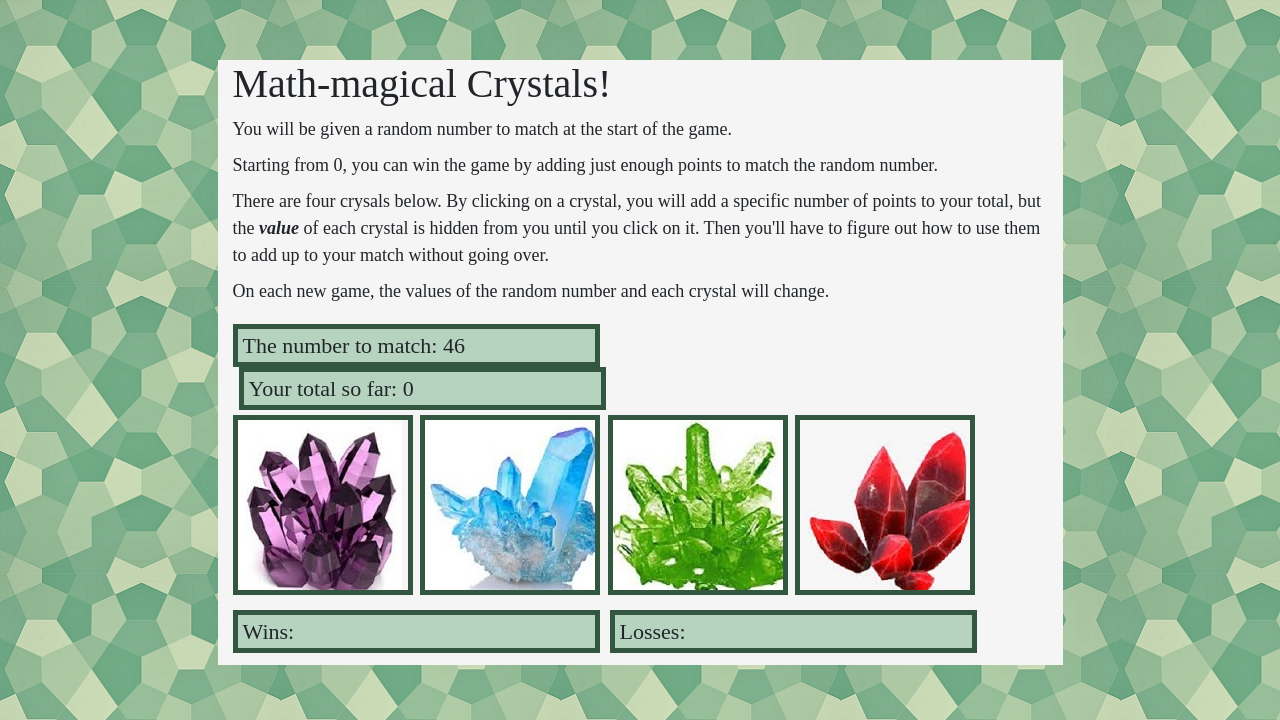
Repository: dsaftler/unit-4-game
Page: index.html
The author's editor kept a copy of each file at every save. The page is drawn from the files as they stood at one save, then again after the next save.
The browser window is 1280 px wide. The pictures show the whole page.
Some web fonts or font styles are not loaded; a fallback is used.

Above is the page before, as saved 2019-04-06 23:13:07.

### index.html
<!DOCTYPE html>
<html lang="en">
<head>
  <meta charset="UTF-8">
  <meta name="viewport" content="width=device-width, initial-scale=1.0">
  <meta http-equiv="X-UA-Compatible" content="ie=edge">
  <link rel="stylesheet" href="assets/css/reset.css">
  <link rel="stylesheet" href="https://stackpath.bootstrapcdn.com/bootstrap/4.1.3/css/bootstrap.min.css"
  integrity="sha384-MCw98/SFnGE8fJT3GXwEOngsV7Zt27NXFoaoApmYm81iuXoPkFOJwJ8ERdknLPMO" crossorigin="anonymous">
  <link rel="stylesheet" href="assets/css/style.css">
  <link href="https://fonts.googleapis.com/css?family=BioRhyme" rel="stylesheet">
  <title>Crystal Math Puzzle</title>
</head>
<body>
<div class="container">

  <h1>Math-magical Crystals!</h1>
  <div class="row">
  <div class="col">
  <!-- <div class="instructions"></div> -->
  <p>You will be given a random number to match at the start of the game.</p>
  <p>Starting from 0, you can win the game by adding just enough points to match the random number.</p>
  <p>There are four crysals below.  By clicking on a crystal, you will add a specific number of points to your total, but the <strong><em>value</em></strong> of each crystal is hidden from you until you click on it.  Then you'll have to figure out how to use them to add up to your match without going over. </p>

  <p>On each new game, the values of the random number and each crystal will change.</p>
  </div>
  </div>
  <div class="row">
  <div class="col-sm-6">
  <div class="scoring-area">
    <!-- <div class="half first bordergreen" id="randomTarget">The number to match: </div> -->
    <div class="half first bordergreen">The number to match: <span id="randomTarget">0</span> </div>
    <div class="half second bordergreen">Your total so far: <span id="currentTotal"></span></div>
  </div>
  </div>
  </div>
  <div class="crystal-set">
    <div class="crystal bordergreen clearfix" id="crystal_0"><img src="assets/images/crystal_0.jpg"></div>
    <div class="crystal bordergreen clearfix" id="crystal_1"><img src="assets/images/crystal_1.jpg"></div>
    <div class="crystal bordergreen clearfix" id="crystal_2"><img src="assets/images/crystal_2.jpg"></div>
    <div class="crystal bordergreen clearfix" id="crystal_3"><img src="assets/images/crystal_3.jpg"></div>
  </div>
  <div class="scoring-area">
    <div class="half first bordergreen winscnt">Wins: <span id="wins"></span></div>
    <div class="half second bordergreen lossescnt">Losses: <span id="losses"></span></div>
  </div>
  <!-- <div>   // does not work...
      <audio id="audio" muted autoplay>
      <button id="unmuteButton"></button>
  </div>   -->


</div>

  <script src="https://ajax.googleapis.com/ajax/libs/jquery/3.3.1/jquery.min.js"></script>
  <script src="https://stackpath.bootstrapcdn.com/bootstrap/4.1.3/js/bootstrap.min.js"
    integrity="sha384-ChfqqxuZUCnJSK3+MXmPNIyE6ZbWh2IMqE241rYiqJxyMiZ6OW/JmZQ5stwEULTy" crossorigin="anonymous">
  </script>

  <script src="assets/javascript/game.js"></script>
  <!-- <script>
    unmuteButton.addEventListener('click', function () {
    audio.muted = false;
          });
  </script> -->

</body>
</html>

### assets/css/style.css
* {
  box-sizing: border-box;
}
body {
height: 100%;
background-image: url("../images/congruent_pentagon.png");
background-repeat: repeat;
 max-width: 845px;
 margin: auto;
 align-content: center;
font-family: 'BioRhyme',serif;
font-size: 18px;
}

h1 {margin-top: 0px;}
p {
  margin-top: 0em;
  margin-bottom: 0.5em;
}
.container{
  background-color: whitesmoke;

  /* padding: 40px;
  padding-left: 45px; */
  margin: auto;
  margin-top: 60px;
  align-content: center;



}
/* .instructions{
  width: 765px;
} */
.scoring-area{
  clear:both;
  /* width:760px; */
  height: 35px;
  margin-bottom: 20px;
  margin-top:10px;
}
.half{
  float: left;
  width: 367px;
  background-color: rgb(182,211,192);
  font-size: 22px;
  padding-left: 5px;

}
.bordergreen {
  border: 5px solid rgb(50, 86, 63);
}
.liteup {
  border: 6px solid rgb(106, 243, 14);
  background-color: white;
}
.first {margin-right: 4px;}
.second {margin-left: 6px;}
/* #randomTarget {color: teal;}
#currentTotal {color: teal;} */
.crystal-set{
  /* background-color: #ffffff; */
  height: 190px;
  /* width: 760px; */
  /* padding: 5px; */
  /* padding-left:8px; */
}
.crystal{
  display: inline-block;
  align-content: center;
  /* float: left; */
  height: 180px;
  width: 180px;
  margin-right: 3px;
  margin-top: 5px;
}
.clearfix {
  overflow: hidden;
}

### assets/javascript/game.js
 var newGame = true
 var crystalPts = [],
   randomNumber = 0, totalPts = 0
 var wins = 0, losses = 0
 var maxRndCrystal=12, maxRndRandom=120, minRndRandom=19;
 //var audioWin = new Audio("tada.wav");
 //var audioLose = new Audio("bong.wav");

$(document).ready(function() {

  initGame()
  $(".crystal").click(function(){
  var $target = $(this).attr("id")
  // console.log($target);
  // console.log(crystalPts)
  // console.log(totalPts)
  for (let i=0; i<4; i++) {
    itarget="crystal_"+i
    console.log(itarget)
    if (itarget==$target){
      var iVal=crystalPts[i]
      console.log(iVal)
      itarget="#"+itarget
      $(itarget).prop('title',crystalPts[i])
      //console.log(i + ' ' + crystalPts +' '+crystalPts[i])
      totalPts = totalPts + iVal;
      //console.log(totalPts)
    }
  }

  // show total points
  $('#currentTotal').text(totalPts)
  //$('#currentTotal').append(totalPts)
  if (totalPts>=randomNumber){
    if (totalPts===randomNumber){
      // alert("you win");
        wins++;
        //console.log(lblWins + wins);
        // show wins
      $(".winscnt").addClass("liteup");
        $('#wins').text(wins);
        var clrLiteUp = setTimeout(function () {
          $(".winscnt").removeClass("liteup");
      }, 2000);
          //audioWin.play();
       // Playsound("sound1");
    }
    if (totalPts>randomNumber){
      // alert("you lose");
      $(".lossescnt").addClass("liteup");
      losses++;
        $('#losses').text(losses)
      var clrLiteUp = setTimeout(function () {
        $(".lossescnt").removeClass("liteup");
      }, 2000);

        //audioLose.play();
      //show losses
    }
    initGame();
  }
  });
});

function initGame(){
  crystalPts = [];
  while (crystalPts.length<4) {
      //for crystals 0-3
      // assign random number 1-12
    iVar = getRandomPts(maxRndCrystal);
    if (!crystalPts.includes(iVar)){
    // if iVar isn't already in the array
    // this prevents multiple of the same numbers
      crystalPts.push(iVar);
    }
  }
  $(".crystal").prop('title', '?')
  totalPts=0;
  //  show points, show random
  $('#currentTotal').text(totalPts);
  // randomNumber assign random number 19-120
  randomNumber = getRandomRng(maxRndRandom,minRndRandom);
  //console.log(randomNumber);
  $('#randomTarget').text(randomNumber);
}
function getRandomPts(max) {
  return Math.floor(Math.random() * Math.floor(max))+1;
}
function getRandomRng(max,min){
  return Math.floor(Math.random() * (max - min + 1)) + min;
}

Loaded but not shown: assets/css/reset.css (no stored copy; drawn as an empty file)

After the next save:
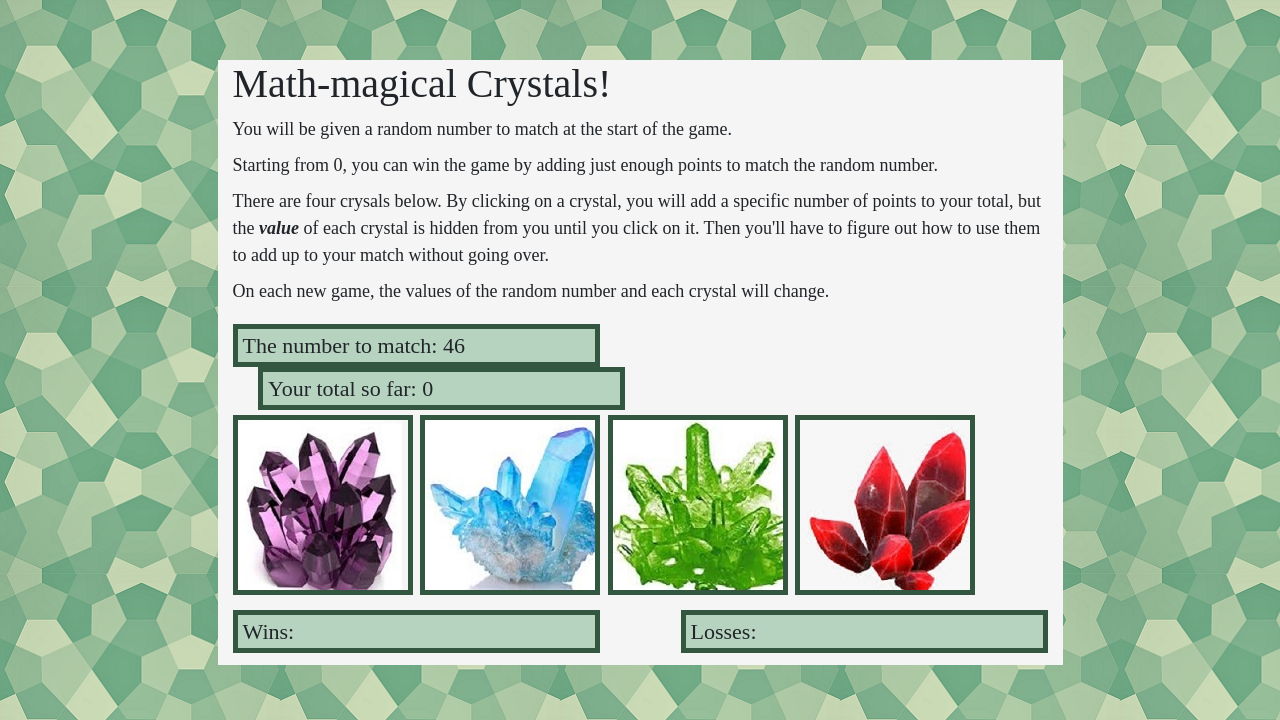
Saved 91 s later.
--- a/assets/css/style.css
+++ b/assets/css/style.css
@@ -54,8 +54,8 @@ p {
   border: 6px solid rgb(106, 243, 14);
   background-color: white;
 }
-.first {margin-right: 4px;}
-.second {margin-left: 6px;}
+.first {margin-right: 4px; float: left;}
+.second {margin-left: 6px;float:right;}
 /* #randomTarget {color: teal;}
 #currentTotal {color: teal;} */
 .crystal-set{
